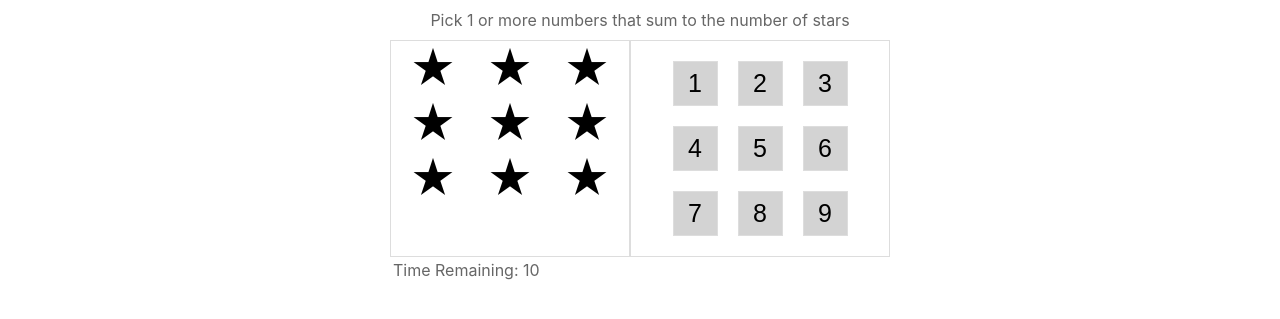
Repository: alicescfernandes/star-match-react-ts
Page: /
An editor plug-in stored every save of this project. The page is shown before and after the next save, followed by the edit.
The browser window is 1280 px wide. The pictures show the whole page.
The project was rebuilt for these pictures with package versions that can differ from the ones it lists, and the page was loaded fresh each time.

Above is the page before, as saved 2020-12-22 19:05:31.

### src/index.tsx
import React from 'react';
import ReactDOM from 'react-dom';
import './index.css';
import App  from './App';
import reportWebVitals from './reportWebVitals';

ReactDOM.render(
  <React.StrictMode>
    <App />
  </React.StrictMode>,
  document.getElementById('root')
);

// If you want to start measuring performance in your StartMatch, pass a function
// to log results (for example: reportWebVitals(console.log))
// or send to an analytics endpoint. Learn more: https://bit.ly/CRA-vitals
reportWebVitals(console.log);

### src/App.tsx
import "./App.css";
import { utils } from "./modules/utils";
import { useState } from "react";
import { PlayNumber } from "./components/PlayNumber";
import { StarsDisplay } from "./components/StarsDisplay";

const App = () => {
  const [stars, setStars] = useState(utils.random(1, 9));
  const [availableNums, setAvailableNums] = useState(utils.range(1, 9));
  const [candidateNums, setCandidateNums] = useState([] as number[]);

  const candidatesAreWrong = utils.sum(candidateNums) > stars;

  function numberStatus(number: number): any {
    if (!availableNums.includes(number)) {
      return 'used';
    }

    if (candidateNums.includes(number)) {
      return candidatesAreWrong ? "wrong" : "candidate";
    }

    return 'available'
  }

  function onNumberClick(number:number, currentStatus:"used"|"wrong"|"candidate"|"available"){
    debugger;
    if(currentStatus === "used"){
      return
    }

    const newCandidateNumbers = currentStatus === "available" ? candidateNums.concat(number) : candidateNums.filter(cn => cn !== number );

    if(utils.sum(newCandidateNumbers) !== stars){
      setCandidateNums(newCandidateNumbers);
    }else{
      const newAvailableNums:number[] = availableNums.filter(n => !newCandidateNumbers.includes(n))
      setAvailableNums(newAvailableNums);
      setCandidateNums([]);
      setStars(utils.randomSumIn(newAvailableNums, 9))
    }

  }

  return (
    <div className="game">
      <div className="help">
        Pick 1 or more numbers that sum to the number of stars
      </div>
      <div className="body">
        <div className="left">
          <StarsDisplay stars={stars} />
        </div>
        <div className="right">
          {utils.range(1, 9).map((number) => (
            <PlayNumber status={numberStatus(number)} number={number} onNumberClick={onNumberClick}/>
          ))}
        </div>
      </div>
      <div className="timer">Time Remaining: 10</div>
    </div>
  );
};

export default App;

### src/modules/utils.ts
// Math science
const utils = {
    // Sum an array
    sum: (arr:number[]) => arr.reduce((acc:number, curr:number) => acc + curr, 0),

    // create an array of numbers between min and max (edges included)
    range: (min: number, max: number) => Array.from({ length: max - min + 1 }, (_, i) => min + i),

    // pick a random number between min and max (edges included)
    random: (min: number, max: number) => min + Math.floor(Math.random() * (max - min + 1)),

    // Given an array of numbers and a max...
    // Pick a random sum (< max) from the set of all available sums in arr
    randomSumIn: (arr: number[], max: number) => {
      const sets:[number[]] = [[]];
      const sums:number[] = [];
      for (let i = 0; i < arr.length; i++) {
        for (let j = 0, len = sets.length; j < len; j++) {
          const candidateSet = sets[j].concat(arr[i]);
          const candidateSum = utils.sum(candidateSet);
          if (candidateSum <= max) {
            sets.push(candidateSet);
            sums.push(candidateSum);
          }
        }
      }
      return sums[utils.random(0, sums.length - 1)];
    },
  };

export {utils};

### src/components/PlayNumber.tsx
import { colors } from "../modules/constants";

function PlayNumber(props: PlayNumberProps) {
  let { number, status, onNumberClick } = props;

  return (
    <button
      style={{ backgroundColor:colors[status]}}
      key={Date.now()+"-n-"+number}
      onClick={() => {
        onNumberClick(number, status);
      }}
      className="number"
    >
      {number}
    </button>
  );
}

export { PlayNumber };

### src/components/StarsDisplay.tsx
import { utils } from "../modules/utils";


function StarsDisplay(props: StarsDisplayProps) {
  let { stars } = props;
  return (
    <>
      {utils.range(1, stars).map((id) => {
        return <div key={Date.now()+"-s-"+id} className="star" />;
      })}
    </>
  );
}

export { StarsDisplay };

### src/modules/constants.ts
// Color Theme
const colors:colorsType = {
    "available": 'lightgray',
    "used": 'lightgreen',
    "wrong": 'lightcoral',
    "candidate": 'deepskyblue',
  };

export {colors}

Loaded but not shown: public/index.html (common file); src/index.css (common file); src/reportWebVitals.ts (common file); src/App.css (common file)

After the next save:
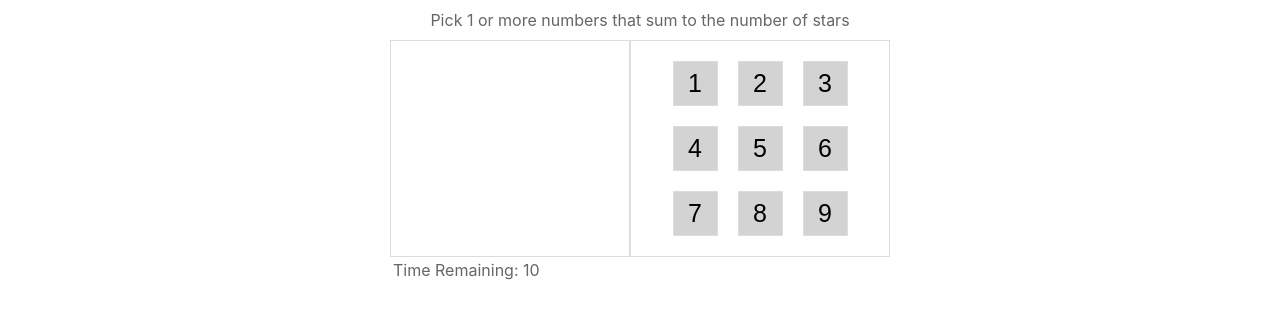
Saved 65 s later.
--- a/src/App.tsx
+++ b/src/App.tsx
@@ -42,6 +42,8 @@
 
   }
 
+  let gameIsDone = availableNums.length === 0 ? <PlayAgain/> :  (   <StarsDisplay stars={stars} />)
+
   return (
     <div className="game">
       <div className="help">
@@ -49,7 +51,9 @@
       </div>
       <div className="body">
         <div className="left">
-          <StarsDisplay stars={stars} />
+          {
+          }
+
         </div>
         <div className="right">
           {utils.range(1, 9).map((number) => (

After the save that followed:
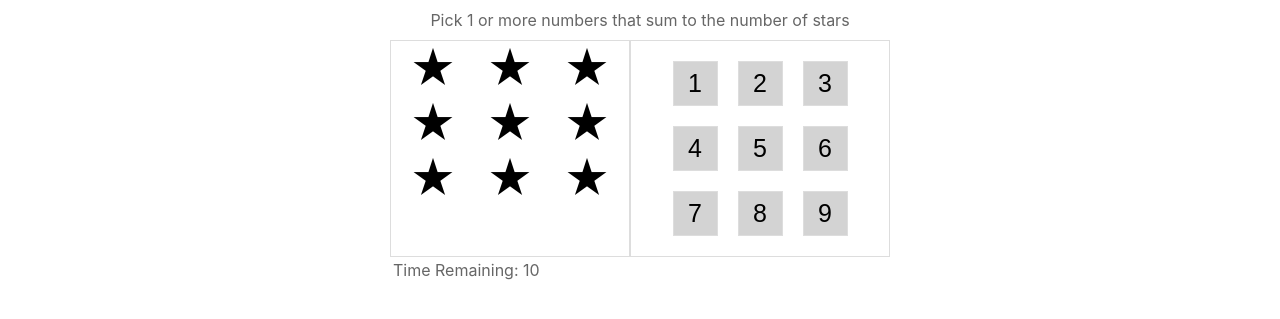
Saved 4 s later.
--- a/src/App.tsx
+++ b/src/App.tsx
@@ -51,8 +51,7 @@
       </div>
       <div className="body">
         <div className="left">
-          {
-          }
+          {gameIsDone}
 
         </div>
         <div className="right">
